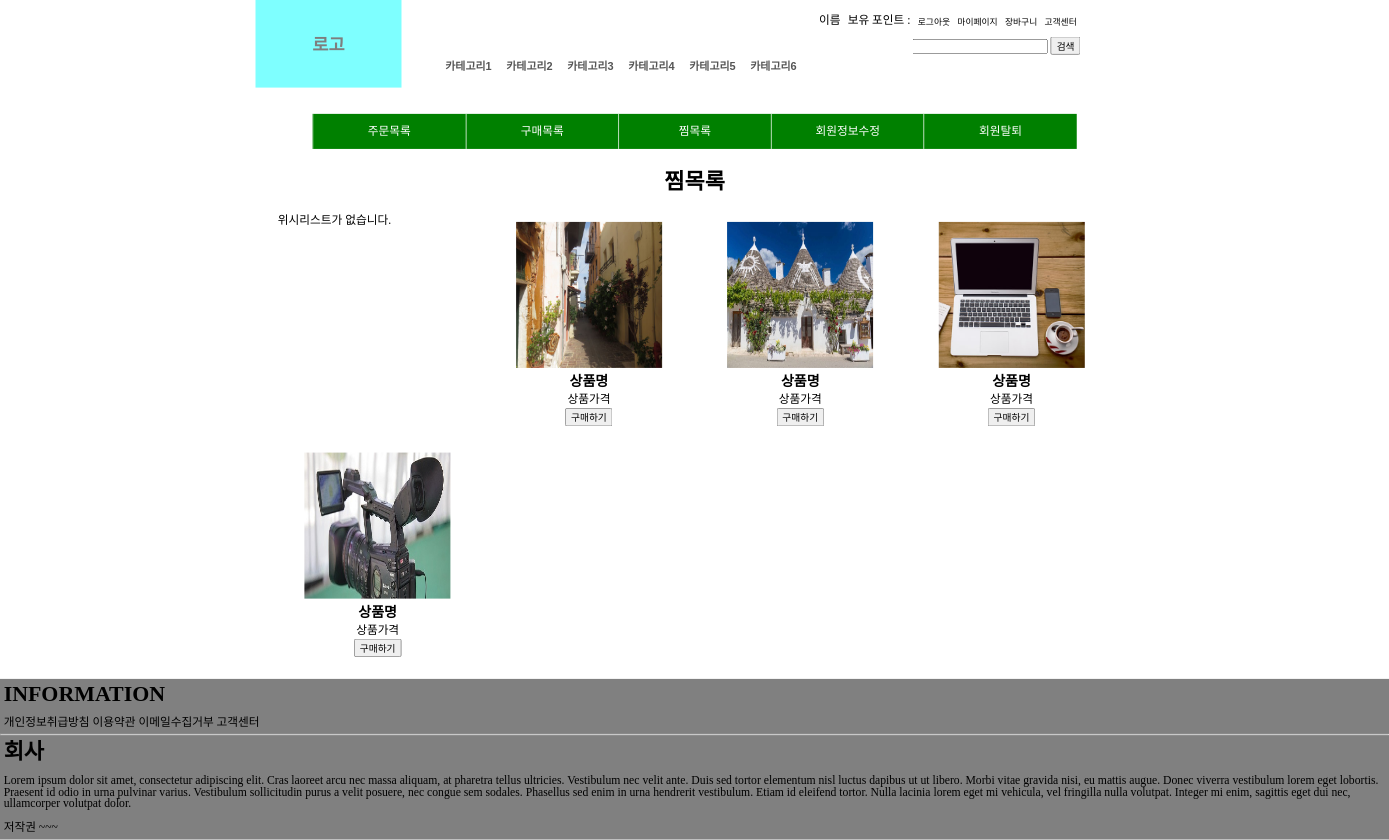
Repository: kosu0703/project
Page: http://localhost/Shop/WEB-INF/views/mypage/wishList_page.jsp
The author's editor kept a copy of each file at every save. The page is drawn from the files as they stood at one save, then again after the next save.
The browser window is 1280 px wide. The page is 1903 px wide, so the pictures cover 1903 px, including what lies to the right of the window. The pictures show the whole page, at 73% of full size.
Some web libraries are served in a nearby version. The page is served by Tomcat 9. Nobody is signed in. Other server files are loaded and not shown. The template is opened directly, without the code that normally fills it, so the values that code supplies are empty.

Above is the page before, as saved 2024-04-05 10:36:54.

### Shop/Shop/src/main/webapp/WEB-INF/views/mypage/wishList_page.jsp
<%@ page language="java" contentType="text/html; charset=UTF-8"
	pageEncoding="UTF-8"%>
<%@ taglib uri="http://java.sun.com/jsp/jstl/core" prefix="c"%>
<!DOCTYPE html>
<html>
<head>
<meta charset="UTF-8" />
<meta name="viewport" content="width=device-width, initial-scale=1.0" />
<link href="<c:url value="/resources/css/common.css"/>" rel='stylesheet' />
<link href="<c:url value="/resources/css/orderlist_page.css"/>"
	rel='stylesheet' />
<link href="<c:url value="/resources/css/wishlist_page.css"/>"
	rel='stylesheet' />


<script type="text/javascript">
	function buy_go() {
		//	구매하기 버튼 누르면 제품 상세 페이지로 이동
	}
</script>

<title>찜목록 페이지</title>
</head>
<body>
	<%@ include file="../common/header.jsp"%>



	<section>

		<!--===============================================================================  -->

		<div class="div">
			<br>
			<ul>
				<li><a href="#">주문목록</a></li>
				<li><a href="#">구매목록</a></li>
				<li><a href="#">찜목록</a></li>
				<li><a href="#">회원정보수정</a></li>
				<li><a href="#">회원탈퇴</a></li>
			</ul>

			<h2>찜목록</h2>

			<div class="wish">
				<c:choose>
					<c:when test="${empty wish_list}">
						<h3>위시리스트가 없습니다.</h3>
					</c:when>
					<c:otherwise>
						<c:forEach var="k" items="${wish_list}">
							<div class="product">
								<img src="resources/images/${k.f_name}">
								<h2>${k.p_name}</h2>
								<p>${k.p_price}원</p>
								<button onclick="buy_go()">구매하기</button>
							</div>
						</c:forEach>
					</c:otherwise>
				</c:choose>

				<div class="product">
					<img src="resources/images/img02.jpg">
					<h2>상품명</h2>
					<p>상품가격</p>
					<button onclick="buy_go()">구매하기</button>
				</div>
				<div class="product">
					<img src="resources/images/img03.jpg">
					<h2>상품명</h2>
					<p>상품가격</p>
					<button onclick="buy_go()">구매하기</button>
				</div>
				<div class="product">
					<img src="resources/images/img04.jpg">
					<h2>상품명</h2>
					<p>상품가격</p>
					<button onclick="buy_go()">구매하기</button>
				</div>
				<div class="product">
					<img src="resources/images/img05.jpg">
					<h2>상품명</h2>
					<p>상품가격</p>
					<button onclick="buy_go()">구매하기</button>
				</div>
			</div>

		</div>

		<!--===============================================================================  -->


		<%@ include file="../common/footer.jsp"%>
	</section>
</body>
</html>

### Shop/Shop/src/main/webapp/WEB-INF/views/common/header.jsp
<!-- <%@ page language="java" contentType="text/html; charset=UTF-8"
pageEncoding="UTF-8"%>
<%@ taglib uri="http://java.sun.com/jsp/jstl/core"
prefix="c" %> -->
<!DOCTYPE html>
<html>
  <head>
    <meta charset="UTF-8" />
    <meta name="viewport" content="width=device-width, initial-scale=1.0" />
    <script src="https://kit.fontawesome.com/d3367b6d2f.js"></script>
    <title>헤더</title>
  </head>
  <body>
    <header>
      <div class="inner">
        <div class="logo">
          <h1><a href="#">로고</a></h1>
        </div>
        <!-- 로그아웃 유틸 -->
        <div class="util logout_util">
          <ul class="info">
            <li><a href="login_page.do">로그인</a></li>
            <li><a href="signup_page.do">회원가입</a></li>
            <li><a href="board_page.do?u_id="${userVO.u_id }>고객센터</a></li>
          </ul>
        </div>
        <form action="#" class="h_search_form" method="post">
          <input type="text" name="search" id="search" />
          <input type="submit" value="검색" />
        </form>
        <!-- 로그인 유틸 -->
        <div class="util login_util">
          <ul class="info">
            <li>이름</li>
            <li>보유 포인트 :</li>
            <li><a href="logout.do">로그아웃</a></li>
            <li><a href="mypage_page.do?u_idx=1">마이페이지</a></li>
            <li><a href="basket_page.do?u_id="${userVO.u_id }>장바구니</a></li>
            <li><a href="community_page.do?u_id="${userVO.u_id }>고객센터</a></li>
          </ul>
        </div>

        <div class="gnb_wrappr">
          <ul class="gnb">
            <li class="category">
              <a href="category_page.do?p_category=001">카테고리1</a>
            </li>
            <li class="category">
              <a href="category_page.do?p_category=002">카테고리2</a>
            </li>
            <li class="category">
              <a href="category_page.do?p_category=003">카테고리3</a>
            </li>
            <li class="category">
              <a href="category_page.do?p_category=004">카테고리4</a>
            </li>
            <li class="category">
              <a href="category_page.do?p_category=005">카테고리5</a>
            </li>
            <li class="category">
              <a href="category_page.do?p_category=006">카테고리6</a>
            </li>
          </ul>
        </div>
      </div>

    </header>
  </body>
</html>

### Shop/Shop/src/main/webapp/WEB-INF/views/common/footer.jsp
<!-- <%@ page language="java" contentType="text/html; charset=UTF-8"
pageEncoding="UTF-8"%>
<%@ taglib uri="http://java.sun.com/jsp/jstl/core"
prefix="c" %> -->
<!DOCTYPE html>
<html>
  <head>
    <meta charset="UTF-8" />
    <meta name="viewport" content="width=device-width, initial-scale=1.0" />
    <script src="https://kit.fontawesome.com/d3367b6d2f.js"></script>
    <title>footer</title>
  </head>
  <body>
      <footer>
        <div class="footer_info">
          <h1>INFORMATION</h1>
          <br />
          <a href="#">개인정보취급방침</a>
          <a href="#">이용약관</a>
          <a href="#">이메일수집거부</a>
          <a href="#">고객센터</a>
        </div>
        <hr />
        <div class="footer_cominfo">
          <h1>회사</h1>
          <br />
          <p>
            Lorem ipsum dolor sit amet, consectetur adipiscing elit. Cras
            laoreet arcu nec massa aliquam, at pharetra tellus ultricies.
            Vestibulum nec velit ante. Duis sed tortor elementum nisl luctus
            dapibus ut ut libero. Morbi vitae gravida nisi, eu mattis augue.
            Donec viverra vestibulum lorem eget lobortis. Praesent id odio in
            urna pulvinar varius. Vestibulum sollicitudin purus a velit posuere,
            nec congue sem sodales. Phasellus sed enim in urna hendrerit
            vestibulum. Etiam id eleifend tortor. Nulla lacinia lorem eget mi
            vehicula, vel fringilla nulla volutpat. Integer mi enim, sagittis
            eget dui nec, ullamcorper volutpat dolor.
          </p>
          <br />
          <p>저작권 ~~~</p>
        </div>
      </footer>
    </section>
  </body>
</html>

### Shop/Shop/src/main/webapp/resources/css/common.css
/* 초기화용 reset.css */
@import "./reset.css";
/* 바디 화면 전체 크기 잡아줌*/
body {
  position: relative;
  min-width: 1903px;
  min-height: calc(100vh - 120px);
}

a {
  text-decoration: none;
  color: black;
}
/* 헤더를 맨위에서 따라다니게 */
header {
  position: fixed;
  top: 0px;
  width: 100%;
  min-width: 1903px;
  background-color: white;
  z-index: 999;
}

/* 헤더 내에서 로고, 유틸, 카테고리 배치용 */
header .inner {
  width: 1180px;
  height: 120px;
  /*자식 absolute 요소의 기준점 설정*/
  position: relative;
  left: 300px;
}
/* 로그인 */
header .inner .logout_util {
   display: none;
}
/* 로그아웃 */
header .inner .login_util {
  /* display: none; */
}
/* 로고 */
header .inner .logo {
  position: absolute;
  left: 50px;
  width: 200px;
  height: 100%;
  background-color: aqua;
  opacity: 0.5;
  text-align: center;
}

header .inner .logo > h1 {
  margin: 50px;
  font-weight: bold;
  font-size: 24px;
  font-family: "arial";
}

/* 헤더 우상단 유틸 */
header .inner .util {
  position: absolute;
  top: 20px;
  right: 0px;
}

header .inner .util ul > li {
  margin: 0px 5px;
}

header .inner .h_search_form {
  position: absolute;
  top: 50px;
  right: 0px;
}

header .inner .util .info > li {
  float: left;
}

header .inner .util .search > li {
  float: right;
}

header .inner .util li > a {
  font: 12px "arial";
}

/* 헤더 카테고리 */
header .inner .gnb_wrapper {
  width: 100%;
  height: inherit;
  position: relative;
  display: flex;
  justify-content: center;
}

header .inner .gnb {
  position: absolute;
  bottom: 0px;
  left: 300px;
}

header .inner .gnb .category {
  float: left;
  display: block;
  border-left: none;
}

/* header .inner .gnb .category:nth-of-type(1) {
  border: 1px solid black;
} */

header .inner .gnb .category_detail {
  width: 400px;
  height: 300px;
  display: none;
}

header .inner .gnb .category > a {
  /* 인라인 요소를 block으로 바꿔서 크기 설정 */
  display: block;
  font: bold 15px "arial";
  color: #555;
  padding: 20px 10px;
  text-align: left;
  /* 애니메이션 효과  */
  transition: all 0.5s;
}

header .inner .gnb .category > a:hover {
  background: #555;
  color: #fff;
}

section {
  width: 100%;
  min-height: calc(100vh - 120px);
  padding-top: 120px;
  padding-bottom: 220px;
 }


footer {
  width: 100%;
  height: 220px;
  position: absolute;
  bottom: 0;
  z-index: 10;
  background-color: gray;
}

footer > div {
  margin: 5px;
}

footer > div > h1 {
  font-size: 30px;
  color: black;
  font-weight: bold;
}

### Shop/Shop/src/main/webapp/resources/css/orderlist_page.css
@charset "UTF-8";

.div {
	min-height: 600px;
}

.div>ul {
	list-style-type: none; /* disc 지우기 */
	background-color: green;
	overflow: hidden;
	margin: 20px auto 0px;
	width: 55%;
}

.div>ul>li {
	float: left; /* 한줄로 만들기(옆으로 퍼지기) */
	width: 20%;
	text-align: center;
	border-left: 1px solid white;
}

.div>ul>li>a {
	text-decoration: none; /* 밑줄 지우기 */
	display: block; /* 블록 레벨로 만들기 */
	padding: 16px 50px; /* 상하 , 좌우 너비 지정 */
	color: white; /* 글자색 */
}

/* 마우스를 올렸을때 변화 */
.div>ul>li>a:hover {
	background-color: #333333;
}

.div>h2 {
	margin: 30px auto;
	text-align: center;
	font-size: 30px;
	font-weight: bold;
}

/* ===================================== */

.table {
	width: 60%;
	border: black 2px solid;
	margin: 30px auto;
}

.table th, td {
	border: black 2px solid;
	border-collapse: collapse;
	text-align: center;
	padding: 10px;
}

.table th {
	font-weight: bold;
	background-color: pink;
	font-size: 1.1em;
}

.table img {
	vertical-align: middle;
}

### Shop/Shop/src/main/webapp/resources/css/wishlist_page.css
@charset "UTF-8";

/* 그리드 설정 */
.wish {
	width:60%;
	display: grid;
	grid-template-columns: repeat(4, 1fr);
	grid-gap: 1rem;
	margin: 20px auto;
}

.product {
	text-align: center;
	padding: 10px;
	line-height: 1.5em;
}

.product>img {
	width: 200px;
	height: 200px;
}

.product>h2{
	font-weight: bold;
	font-size: 1.2em;
}

Loaded but not shown: Shop/Shop/src/main/webapp/resources/css/reset.css (common file)

After the next save:
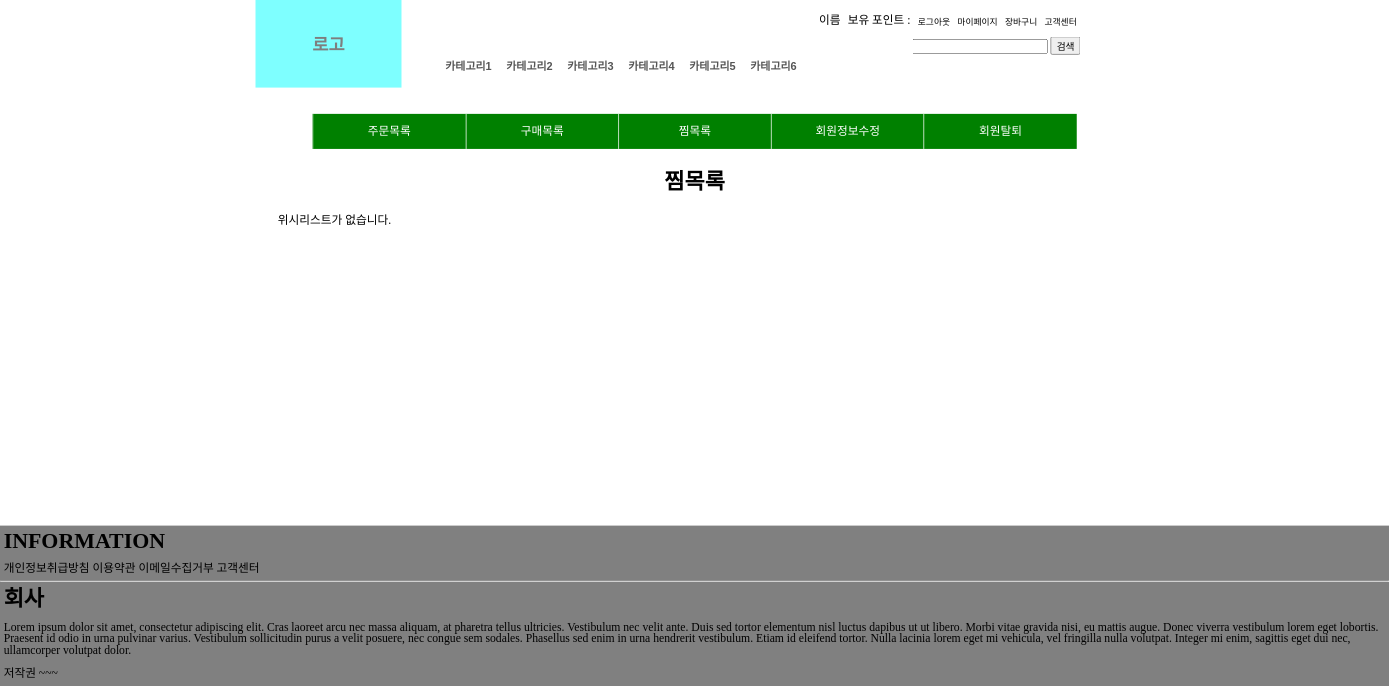
Saved 5 s later.
--- a/Shop/Shop/src/main/webapp/WEB-INF/views/mypage/wishList_page.jsp
+++ b/Shop/Shop/src/main/webapp/WEB-INF/views/mypage/wishList_page.jsp
@@ -58,31 +58,6 @@
 						</c:forEach>
 					</c:otherwise>
 				</c:choose>
-
-				<div class="product">
-					<img src="resources/images/img02.jpg">
-					<h2>상품명</h2>
-					<p>상품가격</p>
-					<button onclick="buy_go()">구매하기</button>
-				</div>
-				<div class="product">
-					<img src="resources/images/img03.jpg">
-					<h2>상품명</h2>
-					<p>상품가격</p>
-					<button onclick="buy_go()">구매하기</button>
-				</div>
-				<div class="product">
-					<img src="resources/images/img04.jpg">
-					<h2>상품명</h2>
-					<p>상품가격</p>
-					<button onclick="buy_go()">구매하기</button>
-				</div>
-				<div class="product">
-					<img src="resources/images/img05.jpg">
-					<h2>상품명</h2>
-					<p>상품가격</p>
-					<button onclick="buy_go()">구매하기</button>
-				</div>
 			</div>
 
 		</div>
